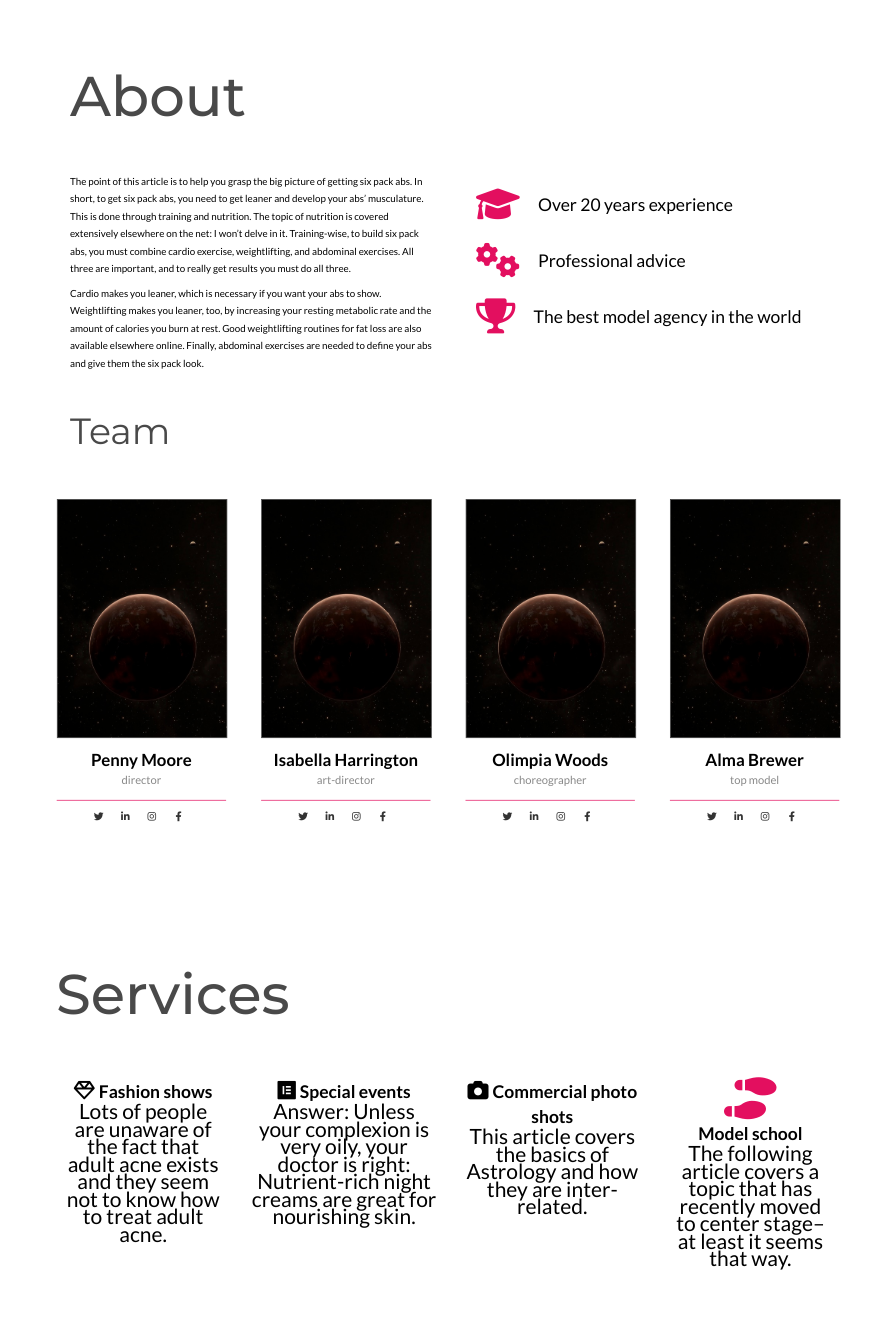
Repository: soniaarefin/cosmo
Page: index.html
The author's editor kept a copy of each file at every save. The page is drawn from the files as they stood at one save, then again after the next save.
The browser window is 1280 px wide. The pictures show the part of the page from y = 714 to 2634 px (the page is 2634 px tall), at 70% of full size.

Above is the page before, as saved 2021-11-09 21:32:22.

### index.html
<!DOCTYPE html>
<html lang="en">
<head>
    <meta charset="UTF-8">
    <meta http-equiv="X-UA-Compatible" content="IE=edge">
    <meta name="description" content="&amp;lt;p&amp;gt;&amp;lt;strong&amp;gt;Cosmo&amp;lt;/strong&amp;gt; — is a clean, modern template that is suitable for &amp;l...">
    <meta name="keywords" content="HTML, CSS, JavaScript">
    <meta name="robots" content="noindex, nofollow" />
    <meta name="author" content="Sonia Arefin" >
    <meta name="viewport" content="width=device-width, initial-scale=1.0">
    <!-- <meta http-equiv="refresh" content="30" url="http://www.google.com"> -->
    <meta http-equiv = "cookie" content = "userid = xyz; expires = Wednesday, 20-Oct-21 23:59:59 GMT;" />
    <meta http-equiv = "Content-Type" content = "text/html; charset = UTF-8" />
    <!-- Title -->
    <title>Cosmo</title>
    <!-- CSS Links-->

    <!-- Fontawesome Links -->
    <link rel="stylesheet" href="https://cdnjs.cloudflare.com/ajax/libs/font-awesome/6.0.0-beta2/css/all.min.css">
    <!-- Google Fonts -->
    <link rel="preconnect" href="https://fonts.googleapis.com">
    <link rel="preconnect" href="https://fonts.gstatic.com" crossorigin>
    <link href="https://fonts.googleapis.com/css2?family=Lato:ital,wght@0,100;0,300;0,400;0,700;0,900;1,100;1,300&family=Montserrat:ital,wght@0,100;0,200;0,300;0,400;0,500;0,700;0,800;0,900;1,100;1,200;1,300;1,400&display=swap" rel="stylesheet">
    <!-- Custom CSS-->
    <link rel="stylesheet" href="assets/css/base.css">
    <link rel="stylesheet" href="assets/css/style.css">
    <link rel="stylesheet" href="assets/css/custom.css">
    <link rel="stylesheet" href="assets/css/responsive.css">
</head>
<body>
    <!-- Page Header Starts -->
    <header class="header">
        <div class="container">
            <nav class="nav-bar">
                <div class="wrapper-logo">
                    <a class="logo" href="index.html">
                        <span class="logo__heading">Cosmo</span><span class="logo__subheading">Model Agency</span>
                    </a>
                </div>
                <div class="wrapper-menu">
                    <ul class="menu-bar"><a class="menu-responsive-button" href="#"></a>
                        <li class="dropdown"><a class="dropbtn" href="#">Home</a>
                            <!-- <div class="dropdown-content">
                                <a href="#">Home Link 1</a>
                                <a href="#">Home Link 2</a>
                                <a href="#">Home Link 3</a>
                            </div> -->
                        </li>
                        <li class="dropdown"><a class="dropbtn" href="#">Projects</a>
                            <div class="dropdown-content">
                                <a href="#">Projects Link 1</a>
                                <a href="#">Projects Link 2</a>
                                <a href="#">Projects Link 3</a>
                            </div>
                        </li>
                        <li class="dropdown"><a class="dropbtn" href="casting.html">Casting</a>
                        </li>
                        <li class="dropdown"><a class="dropbtn" href="models.html">Models</a>
                        </li>
                        <li class="dropdown"><a class="dropbtn" href="blog.html">Blog</a>
                        </li>
                    </ul>
                </div>
            </nav>
        </div>
    </header>
    <!-- Page Header Ends -->
    <!-- Page Main Starts -->
    <main class="page-main">
        <!-- Section Intro Starts -->
        <section class="page-section page-section_intro intro-img">
            <div class="container">
                <div class="row">
                    <div class="col-25"></div>
                    <div class="col-50 section-intro" >
                        <header class="page-section_intro_header">
                            <span class="section-intro_span">MODEL AGENCY</span>
                            <hr class="divider">
                            <h1 class="page-section_intro_header_h1">Cosmo</h1>
                        </header>
                        <p class="section-intro_txt">Most people feel they have some basic flaws with their appearance, and the truth is that the stars are no exception.</p>
                        <div class="page-section_intro__btn">
                            <a class="page-section_intro__btn_btn button" href="#">Learn more</a>
                        </div>
                    </div>
                    <div class="col-25"></div>
                </div>
            </div>
        </section>
        <!-- Section Intro Ends -->
        <!-- Section About Starts -->
        <section class="page-section page-section-about">
            <div class="container">
                <div class="row">
                    <div class="col-100 section-about">
                        <h1 class="section-h1">About</h1>
                    </div>
                </div>
                <div class="row">
                    <div class="col-50 section-about_paragraph">
                        <p>The point of this article is to help you grasp the big picture of getting six pack abs. In short, to get six pack abs, you need to get leaner and develop your abs’ musculature. This is done through training and nutrition. The topic of nutrition is covered extensively elsewhere on the net: I won’t delve in it. Training-wise, to build six pack abs, you must combine cardio exercise, weightlifting, and abdominal exercises. All three are important, and to really get results you must do all three.</p>
                        <p>Cardio makes you leaner, which is necessary if you want your abs to show.  Weightlifting makes you leaner, too, by increasing your resting metabolic rate and the amount of calories you burn at rest. Good weightlifting routines for fat loss are also available elsewhere online. Finally, abdominal exercises are needed to define your abs and give them the six pack look.</p>
                    </div>
                    <div class="col-50 section-about_list_item">
                        <ul class="section-about_list">
                            <li class="about_list"><i class="fas fa-graduation-cap about-icon"></i><span class="about-list_span">Over 20 years experience</span></li>
                            <li class="about_list"><i class="fas fa-cogs about-icon"></i><span class="about-list_span">Professional advice</span></li>
                            <li class="about_list"><i class="fas fa-trophy about-icon"></i><span class="about-list_span">The best model agency in the world</span></li>
                        </ul>
                    </div>
                </div>
                <div class="col-100 mt-50 ">
                    <h3 class="h3">Team</h3>
                </div>
                <div class="mb-90">
                    <!-- <div class="col-25 team-member-wrapper">
                        <img class="team-member img-responsive" src="assets/images/abstract-g.png" alt="cosmo">
                    </div> -->
                    <div class="team-grid_container team-member-wrapper">
                        <!-- Team Member 1 -->
                        <div class="team-member1">
                            <img class="grid-item img-responsive team-member" src="assets/images/galaxy-n.jpg" alt="cosmo"><span class="team-member_name">Penny Moore</span><span class="team-member_designation">director</span>
                            <hr class="divider">
                            <ul class="team-social_icons">
                                <li class="social-icon"><a class="icon-twitter link-social-icon" href="#"><i class="fab fa-twitter"></i></a></li>
                                <li class="social-icon"><a class="icon_linkedin link-social-icon" href="#"><i class="fab fa-linkedin-in"></i></a></li>
                                <li class="social-icon"><a class="icon_instagram link-social-icon" href="#"><i class="fab fa-instagram"></i></a></li>
                                <li class="social-icon"><a class="icon_facebook link-social-icon" href="#"><i class="fab fa-facebook-f"></i></a></li>
                            </ul>
                        </div>
                        <!-- Team Member 1 -->
                        <!-- Team Member 2 -->
                        <div class="team-member2">
                            <img class="grid-item img-responsive team-member" src="assets/images/galaxy-n.jpg" alt="cosmo"><span class="team-member_name">Isabella Harrington</span><span class="team-member_designation">art-director</span>
                            <hr class="divider">
                            <ul class="team-social_icons">
                                <li class="social-icon"><a class="icon-twitter link-social-icon" href="#"><i class="fab fa-twitter"></i></a></li>
                                <li class="social-icon"><a class="icon_linkedin link-social-icon" href="#"><i class="fab fa-linkedin-in"></i></a></li>
                                <li class="social-icon"><a class="icon_instagram link-social-icon" href="#"><i class="fab fa-instagram"></i></a></li>
                                <li class="social-icon"><a class="icon_facebook link-social-icon" href="#"><i class="fab fa-facebook-f"></i></a></li>
                            </ul>
                        </div>
                        <!-- Team Member 2 -->
                        <!-- Team Member 3 -->
                        <div class="team-member3">
                            <img class="grid-item img-responsive team-member" src="assets/images/galaxy-n.jpg" alt="cosmo"><span class="team-member_name">Olimpia Woods</span><span class="team-member_designation">choreographer</span>
                            <hr class="divider">
                            <ul class="team-social_icons">
                                <li class="social-icon"><a class="icon-twitter link-social-icon" href="#"><i class="fab fa-twitter"></i></a></li>
                                <li class="social-icon"><a class="icon_linkedin link-social-icon" href="#"><i class="fab fa-linkedin-in"></i></a></li>
                                <li class="social-icon"><a class="icon_instagram link-social-icon" href="#"><i class="fab fa-instagram"></i></a></li>
                                <li class="social-icon"><a class="icon_facebook link-social-icon" href="#"><i class="fab fa-facebook-f"></i></a></li>
                            </ul>
                        </div>
                        <!-- Team Member 3 -->
                        <!-- Team Member 4 -->
                        <div class="team-member4">
                            <img class="grid-item img-responsive team-member" src="assets/images/galaxy-n.jpg" alt="cosmo"><span class="team-member_name">Alma Brewer</span><span class="team-member_designation">top model</span>
                            <hr class="divider">
                            <ul class="team-social_icons">
                                <li class="social-icon"><a class="icon-twitter link-social-icon" href="#"><i class="fab fa-twitter"></i></a></li>
                                <li class="social-icon"><a class="icon_linkedin link-social-icon" href="#"><i class="fab fa-linkedin-in"></i></a></li>
                                <li class="social-icon"><a class="icon_instagram link-social-icon" href="#"><i class="fab fa-instagram"></i></a></li>
                                <li class="social-icon"><a class="icon_facebook link-social-icon" href="#"><i class="fab fa-facebook-f"></i></a></li>
                            </ul>
                        </div>
                        <!-- Team Member 4 -->
                    </div>
                </div>
            </div>
        </section>
        <!-- Section About Ends -->
        <!-- Section Services Starts -->
        <section class="page-section">
            <div class="container">
                <div class="section-services">
                    <h1 class="section-h1">Services</h1>
                </div>
                <div class="grid-container service-container">
                    <div class="services-grid_item">
                        <i class="sevices-icon fa-regular fa-gem"></i>
                        <span class="services-span">Fashion shows</span>
                        <p class="service-paragraph">Lots of people are unaware of the fact that adult acne exists and they seem not to know how to treat adult acne.</p>
                    </div>
                    <div class="services-grid_item">
                        <i class="sevices-icon fab fa-elementor"></i>
                        <span class="services-span">Special events</span>
                        <p class="service-paragraph">Answer: Unless your complexion is very oily, your doctor is right: Nutrient-rich night creams are great for nourishing skin.</p>
                    </div>
                    <div class="services-grid_item">
                        <i class="sevices-icon fas fa-camera"></i>
                        <span class="services-span">Commercial photo shots</span>
                        <p class="service-paragraph">This article covers the basics of Astrology and how they are inter-related.</p>
                    </div>
                    <div class="services-grid_item">
                        <i class="services-icon fa-solid fa-shoe-prints"></i>
                        <span class="services-span">Model school</span>
                        <p class="service-paragraph">The following article covers a topic that has recently moved to center stage–at least it seems that way.</p>
                    </div>
                </div>
            </div>
        </section>
        <!-- Section Services Ends -->
    </main>
    <!-- Page Main Ends -->
    <!-- Page Footer Starts -->
    <!-- Page Footer Starts -->
    <!-- JS links -->
    <!-- JS links -->
    <!-- Custom JS -->
    <!-- Custom JS -->
</body>
</html>

### assets/css/base.css

/* Body and general styles */
* {
    margin: 0;
    padding: 0;
    /* box-sizing: border-box; */
}
html {
    font-size: 14px;
}
body {
    position: relative;
    width: 100%;
    color: rgb(0, 0, 0);
    background-color: rgb(255, 255, 255));
    font-family: 'Lato', sans-serif;
    font-size: 100%;
    font-weight: 400;
    margin: 0;
    padding: 0;
}
h1,h2,h3,h4,h5,h6 {
    font-family: 'Montserrat', sans-serif;
    font-weight: 700;
}
p {
    line-height: 25px;
    margin-top: 0;
    margin-bottom: 10px;
}
a {
    text-decoration: none;
    background-color: transparent;
    cursor: pointer;
    transition: all 0.4s ease-in-out;
}
ul {
    list-style-type: none;
    margin: 0;
    padding: 0;
    overflow: hidden;
}
li {
    float: left;
}
hr {
    border: 0;
    height: 0;
    box-sizing: content-box;
}
img {
    vertical-align: middle;
}

### assets/css/custom.css
.container {
    width: 1120px;
    margin-right: auto;
    margin-left: auto;
    padding-left: 20px;
    padding-right: 20px;
}
.img-responsive {
    display: block;
    width: 100%;
    height: auto;
}
a:hover {
    text-decoration: none;
    color: #e30f5f;
}
a:focus, a:active {
    outline: none;
    text-decoration: none;
    color: #e30f5f;
}
.button:focus, .button:active {
    outline: none;
}
.button {
    position: relative;
    display: inline-block;
    padding: 12px 86px;
    -webkit-border-radius: 10px;
    color: #e30f5f;
    border-radius: 10px;
    font-size: 18px;
    border: 1px solid #e30f5f;
    overflow: hidden;
    transition: all 0.4s ease-in-out;
}
.button:hover {
    border-color: #331a24;
    background-color: #331a24;
    color: #fff;
}
.mt-50 {
    margin-top: 50px;
}
.mb-60 {
    margin-bottom: 60px;
}
.mb-90 {
    margin-bottom: 90px;;
}
.col-100 {
    position: relative;
    min-height: 1px;
    padding-left: 20px;
    padding-right: 20px;
    float: left;
    width: 100%;
    height: auto;
}
.col-20 {
    float: left;
    width: 20%;
    height: auto;
}
.col-25 {
    float: left;
    width: 25%;
    height: auto;
}
.col-33 {
    float: left;
    width: 33.33%;
    /*padding: 10px; */
    height: auto;
}
.col-34 {
    float: left;
    width: 34%;
    height: auto;
}
.col-50 {
    position: relative;
    min-height: 1px;
    padding-left: 20px;
    padding-right: 20px;
    float: left;
    width: 50%;
    height: auto;
}
.col-60 {
    float: left;
    width: 60%;
    height: auto;
}
.col-66 {
    float: left;
    width: 66%;
    height: auto;
}
/* .row:after {
    content: "";
    display: table;
    clear: both;
} */
.row {
    display: flex;
}
.divider {
    margin-top: 10px;
    margin-bottom: 10px;
    border-top: 1px solid #e30f5f;
}
.h3 {
    color: #494949;
    font-size: 52px;
    font-weight: 400;
    font-family: 'Montserrat', sans-serif;;
    line-height: 1;
    margin-bottom: 60px;
}
/* .h2 {
    font-size: 5.71429rem;
    line-height: 6.42857rem;
    margin-bottom: 60px;
} */
.grid-container {
    display: grid;
    grid-column-gap: 40px;
    grid-template-columns: auto auto auto auto;
    /* background-color: #2196F3; */
    padding: 10px;
    justify-content: center;
}
.grid-item {
    background-color: rgba(255, 255, 255, 0.8);
    border: 1px solid rgba(0, 0, 0, 0.8);
    /* padding: 20px; */
    font-size: 30px;
    text-align: center;
}
/* .[class^="icon-"]:before, [class*=" icon-"]:before {
    font-family: "freepik";
    font-style: normal;
    font-weight: normal;
    speak: none;
    display: inline-block;
    text-decoration: inherit;
    width: 1em;
    margin-right: .2em;
    text-align: center;
    /* opacity: .8; */
    /* font-variant: normal;
    text-transform: none;
    line-height: 1em;
    margin-left: .2em; */
    /* font-size: 120%; */
    /* -webkit-font-smoothing: antialiased; */
    /* -moz-osx-font-smoothing: grayscale; */
    /* text-shadow: 1px 1px 1px rgba(127, 127, 127, 0.3); */
} */

### assets/css/responsive.css
/* Custom, iPhone Retina */
@media only screen and (max-width: 320px) {
  /**/
}

/*==========  Mobile First Method  ==========*/
/* Custom, iPhone Retina */
@media only screen and (min-width: 320px) {
  /**/
}

/* Extra Small Devices, Phones */
@media only screen and (min-width: 480px) {
  /**/
}

/* Small Devices, Tablets */
@media only screen and (min-width: 768px) {
  /**/
}

/* Medium Devices, Desktops */
@media only screen and (min-width: 992px) {
  /**/
      /* .col-25 {
          width: 25%;
          float: left;
      } */
}

/* Large Devices, Wide Screens */
@media only screen and (min-width: 1200px) {
  /**/
}

Loaded but not shown: assets/css/style.css (405 lines, source omitted)

After the next save:
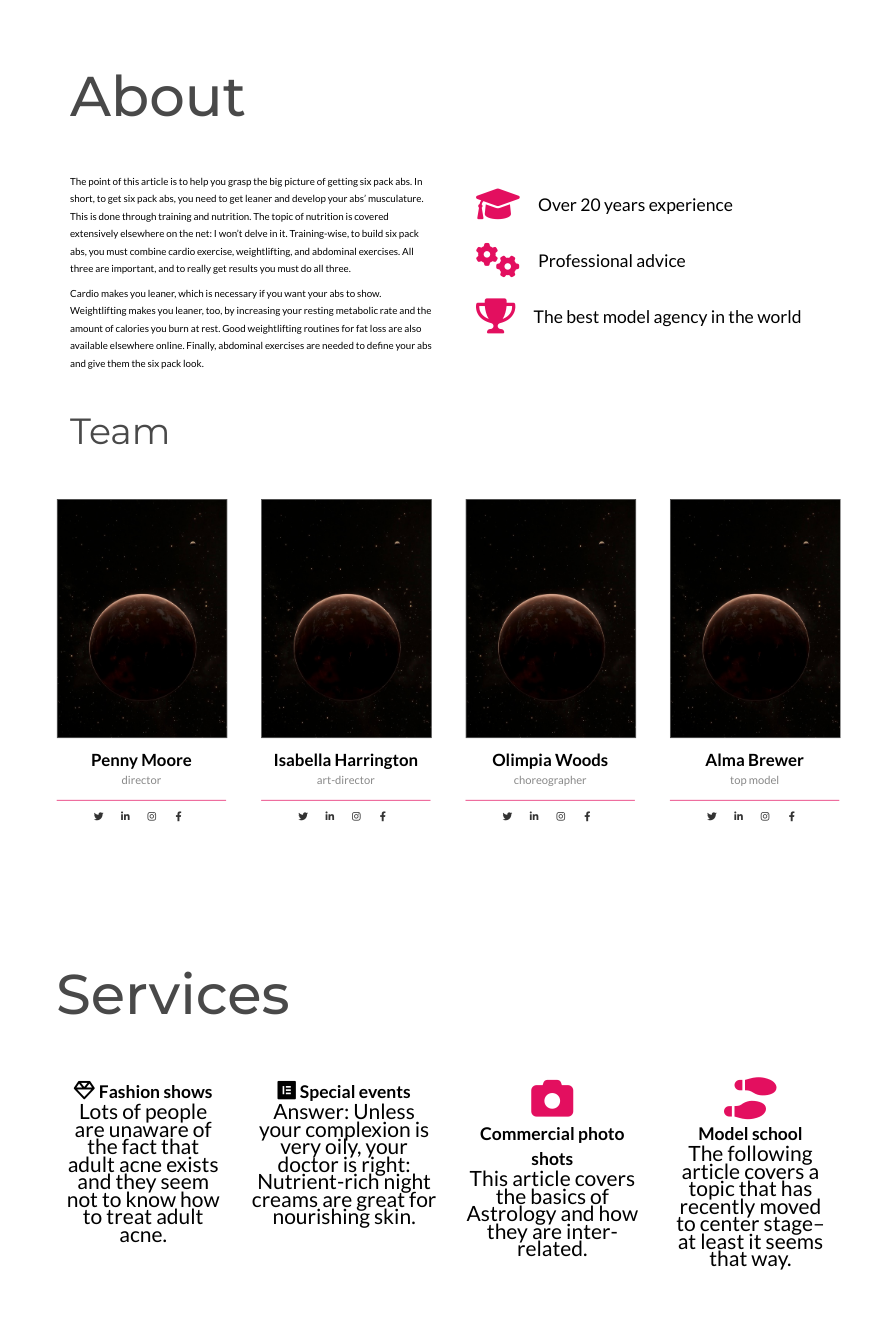
Saved 7 s later.
--- a/index.html
+++ b/index.html
@@ -188,7 +188,7 @@
                         <p class="service-paragraph">Answer: Unless your complexion is very oily, your doctor is right: Nutrient-rich night creams are great for nourishing skin.</p>
                     </div>
                     <div class="services-grid_item">
-                        <i class="sevices-icon fas fa-camera"></i>
+                        <i class="services-icon fas fa-camera"></i>
                         <span class="services-span">Commercial photo shots</span>
                         <p class="service-paragraph">This article covers the basics of Astrology and how they are inter-related.</p>
                     </div>
